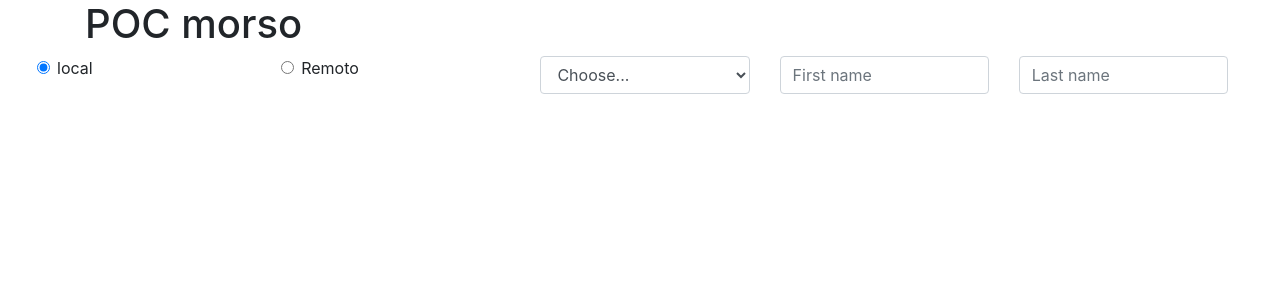
Repository: marisaoliva/poc-execute-cmd
Page: index.html
The author's editor kept a copy of each file at every save. The page is drawn from the files as they stood at one save, then again after the next save.
The browser window is 1280 px wide. The pictures show the whole page.

Above is the page before, as saved 2019-03-01 14:56:05.

### index.html
<html>
    <head>
        <link rel="stylesheet" href="https://stackpath.bootstrapcdn.com/bootstrap/4.3.1/css/bootstrap.min.css" integrity="sha384-ggOyR0iXCbMQv3Xipma34MD+dH/1fQ784/j6cY/iJTQUOhcWr7x9JvoRxT2MZw1T" crossorigin="anonymous">
    </head>
    <body>
        <div class='container'>
            <h1>POC morso</h1>
              <form>
                <div class="row mx-md-n5 mt-xl">
                    <div class="form-check col">
                        <input class="form-check-input" type="radio" name="exampleRadios" id="exampleRadios1" value="option1" checked>
                        <label class="form-check-label" for="exampleRadios1">
                                local
                        </label>
                    </div>
                    <div class="form-check col">
                        <input class="form-check-input" type="radio" name="exampleRadios" id="exampleRadios2" value="option2">
                        <label class="form-check-label" for="exampleRadios2">
                        Remoto
                        </label>
                    </div>
                    <div class='col'>
                        <select id="inputState" class="form-control">
                            <option selected>Choose...</option>
                            <option>...</option>
                        </select>
                    </div>
                    <div class="col">
                        <input type="text" class="form-control" placeholder="First name">
                    </div>
                    <div class="col">
                        <input type="text" class="form-control" placeholder="Last name">
                    </div>

                </div>
              </form>
        </div>
    </body>
</html>

After the next save:
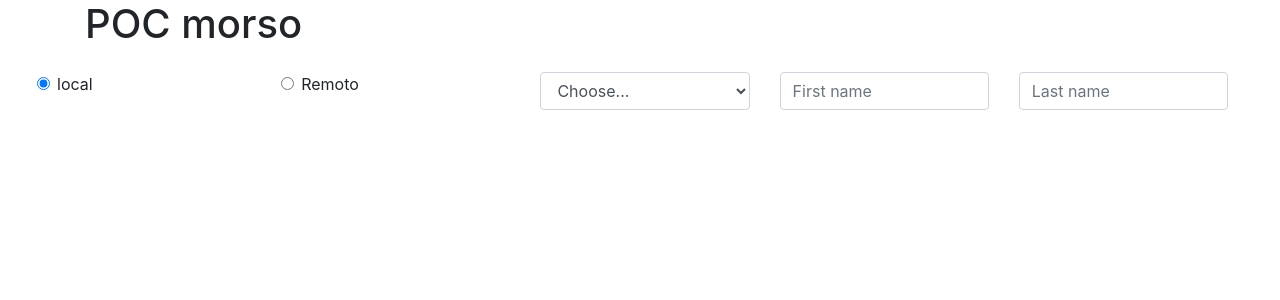
Saved 51 s later.
--- a/index.html
+++ b/index.html
@@ -6,7 +6,7 @@
         <div class='container'>
             <h1>POC morso</h1>
               <form>
-                <div class="row mx-md-n5 mt-xl">
+                <div class="row mx-md-n5 mt-4">
                     <div class="form-check col">
                         <input class="form-check-input" type="radio" name="exampleRadios" id="exampleRadios1" value="option1" checked>
                         <label class="form-check-label" for="exampleRadios1">
